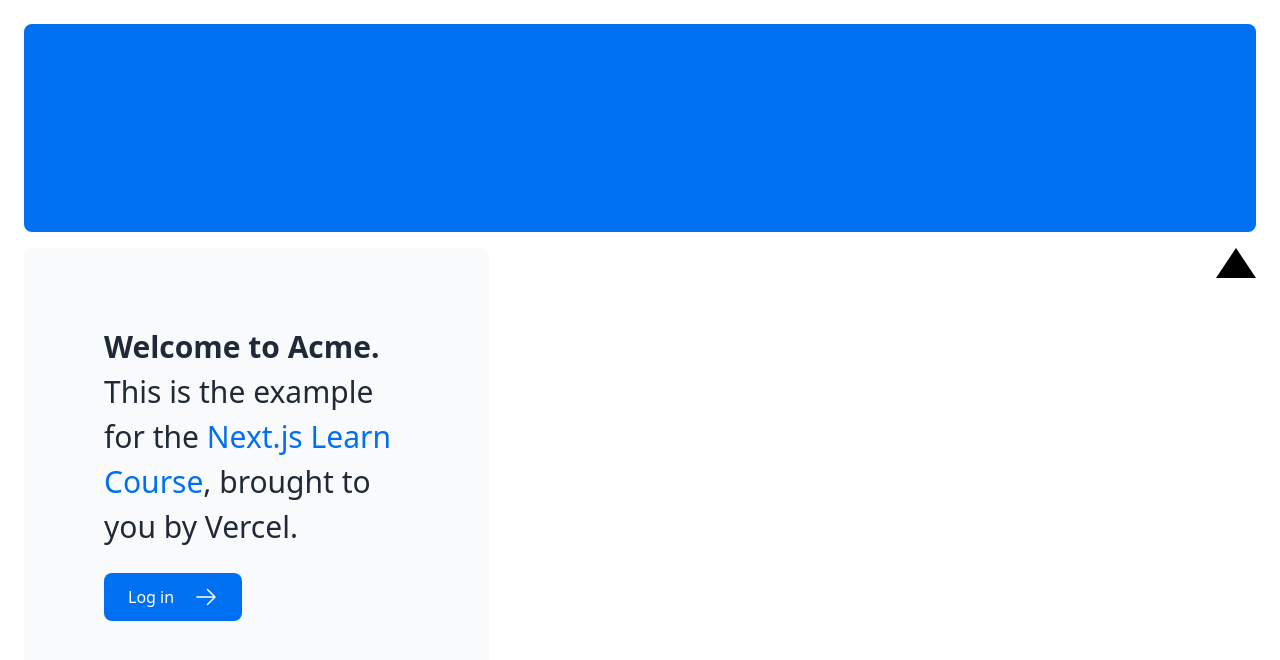
Repository: taoxiaofeng/hello-nextjs
Page: /
These files come from the project's save history. The page is drawn as it stood at one moment and after the next save; the edit follows.
The browser window is 1280 px wide. The pictures show the whole page.
The project was rebuilt for these pictures with package versions that can differ from the ones it lists, and the page was loaded fresh each time. The framework's server and built-in components were replaced by stand-ins that run in the browser. Also part of the build but not shown: next.config.js.

Above is the page before, as saved 2023-11-08 20:50:28.

### app/layout.tsx
import '@/app/ui/global.css';
import { inter } from '@/app/ui/fonts';

export default function RootLayout({
  children,
}: {
  children: React.ReactNode;
}) {
  return (
    <html lang="en">
      <body>{children}</body>
    </html>
  );
}

### app/page.tsx
import AcmeLogo from "@/app/ui/acme-logo";
import { ArrowRightIcon } from "@heroicons/react/24/outline";
import styles from '@/app/ui/home.module.css';

import Link from "next/link";
export default function Page() {
  return (
    <main className="flex min-h-screen flex-col p-6">
      <div className="flex h-20 shrink-0 items-end rounded-lg bg-blue-500 p-4 md:h-52">
        {/* <AcmeLogo /> */}
      </div>
      <div className="mt-4 flex grow flex-col gap-4 md:flex-row">
        <div className="flex flex-col justify-center gap-6 rounded-lg bg-gray-50 px-6 py-10 md:w-2/5 md:px-20">
          <p className={`text-xl text-gray-800 md:text-3xl md:leading-normal`}>
            <strong>Welcome to Acme.</strong> This is the example for the{" "}
            <a href="https://nextjs.org/learn/" className="text-blue-500">
              Next.js Learn Course
            </a>
            , brought to you by Vercel.
          </p>
          <Link
            href="/login"
            className="flex items-center gap-5 self-start rounded-lg bg-blue-500 px-6 py-3 text-sm font-medium text-white transition-colors hover:bg-blue-400 md:text-base"
          >
            <span>Log in</span> <ArrowRightIcon className="w-5 md:w-6" />
          </Link>
        </div>
        <div className="flex items-center justify-center p-6 md:w-3/5 md:px-28 md:py-12">
          {/* Add Hero Images Here */}
        </div>
        <div className={styles.shape}></div>
      </div>
      {/* <div className="h-0 w-0 border-b-[30px] border-l-[20px] border-r-[20px] border-b-black border-l-transparent border-r-transparent" /> */}
    </main>
  );
}

### app/ui/fonts.ts
/**
 * @desc Fonts 从 Google Fonts 中导入
 */
import { Inter } from 'next/font/google';

export const inter =  Inter({ subsets: ['latin']});

Loaded but not shown: app/ui/global.css (common file); app/ui/home.module.css (common file); tailwind.config.ts (common file)

After the next save:
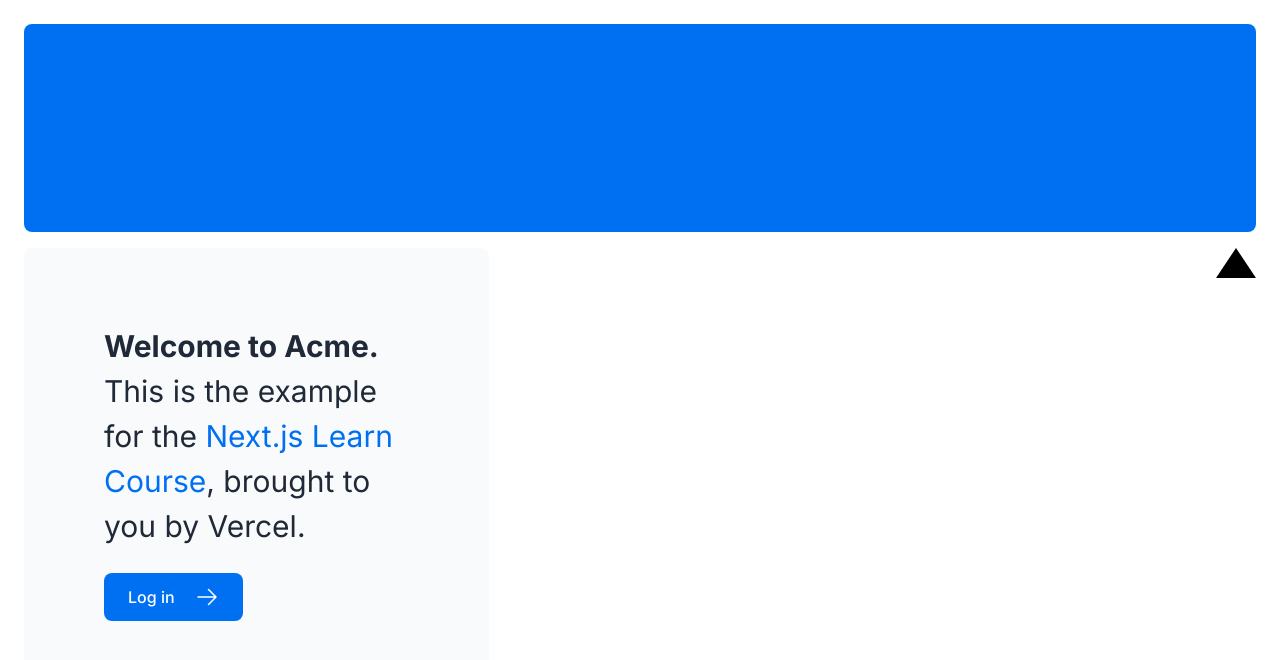
Saved 3 min 23 s later.
--- a/app/layout.tsx
+++ b/app/layout.tsx
@@ -8,7 +8,7 @@ export default function RootLayout({
 }) {
   return (
     <html lang="en">
-      <body>{children}</body>
+      <body className={`${inter.className} `}>{children}</body>
     </html>
   );
 }
